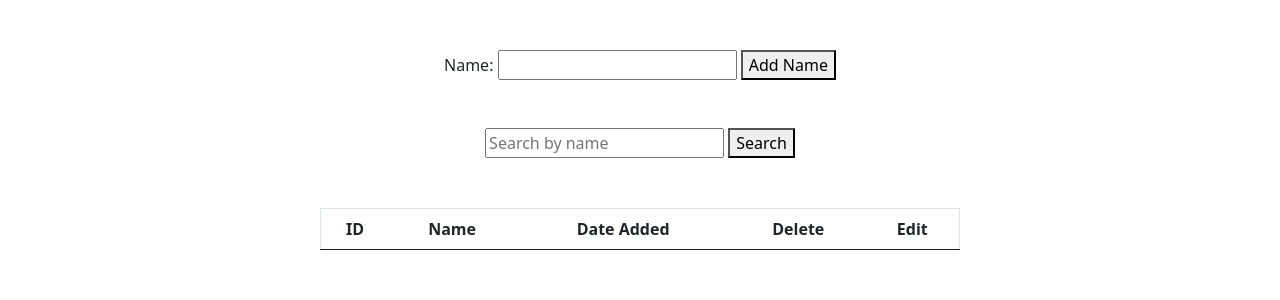
Repository: Theracon/Simple-mysql-node-app
Page: client/index.html
An editor plug-in stored every save of this project. The page is shown before and after the next save, followed by the edit.
The browser window is 1280 px wide. The pictures show the whole page.
The page's requests for data from a server got no answer.

Above is the page before, as saved 2021-06-04 21:02:47.

### client/index.html
<!DOCTYPE html>
<html lang="en">

<head>
    <meta charset="UTF-8">
    <meta http-equiv="X-UA-Compatible" content="IE=edge">
    <meta name="viewport" content="width=device-width, initial-scale=1.0">
    <link rel="stylesheet" href="stylesheet.css">
    <link href="https://cdn.jsdelivr.net/npm/bootstrap@5.0.1/dist/css/bootstrap.min.css" rel="stylesheet" integrity="sha384-+0n0xVW2eSR5OomGNYDnhzAbDsOXxcvSN1TPprVMTNDbiYZCxYbOOl7+AMvyTG2x" crossorigin="anonymous">
    <title>MySQL Node App</title>
</head>

<body>
    <main>
        <label>Name:</label>
        <input type="text" id="name-input">
        <button id="add-name-btn">Add Name</button>

        <br><br><br>

        <div>
            <input type="text" placeholder="Search by name" id="search-input">
            <button id="search-btn">Search</button>
        </div>

        <table id="table" class="table">
            <thead>
                <th>ID</th>
                <th>Name</th>
                <th>Date Added</th>
                <th>Delete</th>
                <th>Edit</th>
            </thead>
            <tbody></tbody>
        </table>

        <section id="update-row" hidden>
            <label>Name:</label>
            <input type="text" id="update-name-input">
            <button id="update-row-btn">Update</button>
        </section>
    </main>

    <script src="index.js"></script>
</body>

</html>

### client/stylesheet.css
main {
    width: 50%;
    margin: 50px auto;
    text-align: center;
}

table {
    margin: 50px auto;
}

table,
th,
td {
    border: 1px solid #000;
    border-collapse: collapse;
}

th,
td {
    padding: 5px;
}

### client/index.js
document.addEventListener('DOMContentLoaded', function() {
    fetch('http://localhost:5000/getAll')
        .then(response => response.json())
        .then(data => loadHTMLTable(data['data']));
});

document.querySelector('table tbody').addEventListener('click', e => {
    if (e.target.className === 'delete-row-btn') {
        deleteRowById(e.target.dataset.id);
    }
});

function deleteRowById(id) {
    fetch('http://localhost:5000/delete/' + id, { method: 'DELETE' })
        .then(response => response.json())
        .then(data => {
            if (data.success) {
                location.reload();
            }
        });
}

const addBtn = document.querySelector('#add-name-btn');

addBtn.onclick = function() {
    const nameInput = document.querySelector('#name-input');
    const name = nameInput.value;
    nameInput.value = '';
    nameInput.focus();

    fetch('http://localhost:5000/insert', {
            headers: {
                'Content-type': 'application/json'
            },
            method: 'POST',
            body: JSON.stringify({ name: name })
        })
        .then(response => response.json())
        .then(data => {
            insertRowIntoTable(data['data'])
        });
}

function insertRowIntoTable(data) {
    const table = document.querySelector('table tbody');
    const isTableEmpty = document.querySelector('.no-data');

    let tableHTML = "<tr>";

    for (let key in data) {
        if (data.hasOwnProperty(key)) {
            if (key === 'dateAdded') {
                data[key] = new Date(data[key]).toLocaleString();
            }
            tableHTML += `<td>${data[key]}</td>`;
        }
    }

    tableHTML += `<td><button class="delete-row-btn" data-id=${data.id}>Delete</button></td>`;
    tableHTML += `<td><button class="edit-row-btn" data-id=${data.id}>Edit</button></td>`;

    tableHTML += "</tr>";

    if (isTableEmpty) {
        table.innerHTML = tableHTML;
    } else {
        const newTableRow = table.insertRow();
        newTableRow.innerHTML = tableHTML;
    }
}

function loadHTMLTable(data) {
    const table = document.querySelector('table tbody');

    if (data.length === 0) {
        table.innerHTML = "<><td class='no-data' colspan='5'>No Data</td></>";
    } else {
        let tableHTML = "";

        data.forEach(({ id, name, date_added }) => {
            tableHTML += "<tr>";
            tableHTML += `<td>${id}</td>`;
            tableHTML += `<td>${name}</td>`;
            tableHTML += `<td>${new Date(date_added).toLocaleString()}</td>`;
            tableHTML += `<td><button class="delete-row-btn" data-id=${id}>Delete</button></td>`;
            tableHTML += `<td><button class="edit-row-btn" data-id=${id}>Edit</button></td>`;
            tableHTML += "</tr>";
        });

        table.innerHTML = tableHTML;
    }
}

After the next save:
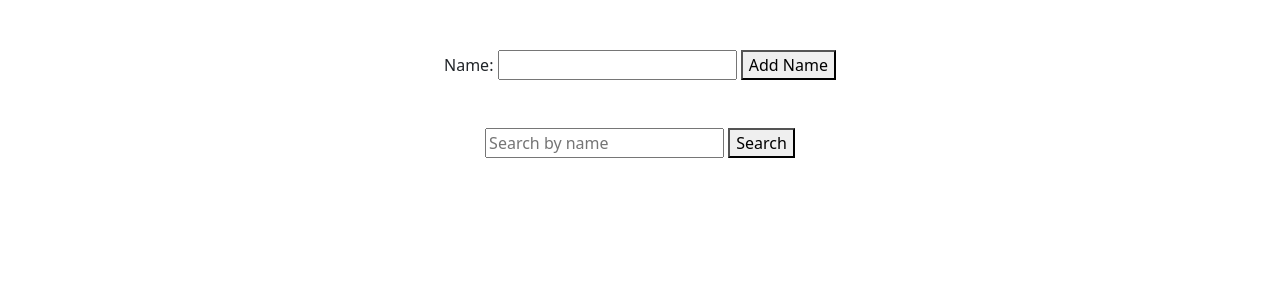
Saved 7 s later.
--- a/client/index.html
+++ b/client/index.html
@@ -23,7 +23,7 @@
             <button id="search-btn">Search</button>
         </div>
 
-        <table id="table" class="table">
+        <table id="table" class="table" hidden>
             <thead>
                 <th>ID</th>
                 <th>Name</th>

After the save that followed:
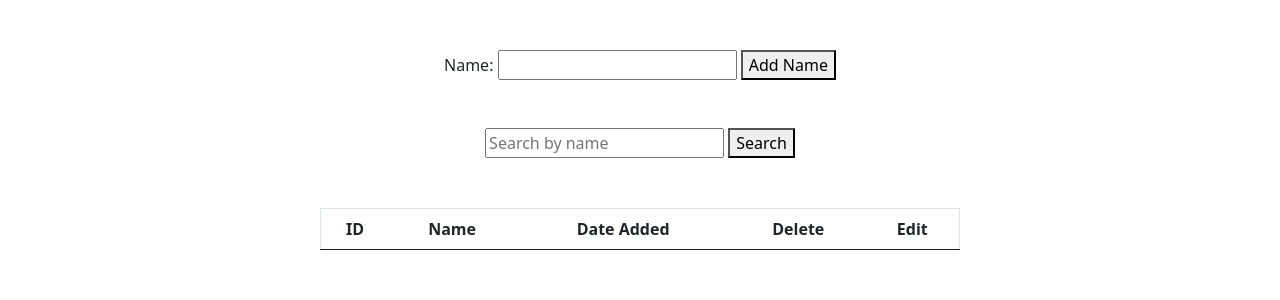
Saved 7 s later.
--- a/client/index.html
+++ b/client/index.html
@@ -23,7 +23,7 @@
             <button id="search-btn">Search</button>
         </div>
 
-        <table id="table" class="table" hidden>
+        <table id="table" class="table">
             <thead>
                 <th>ID</th>
                 <th>Name</th>
